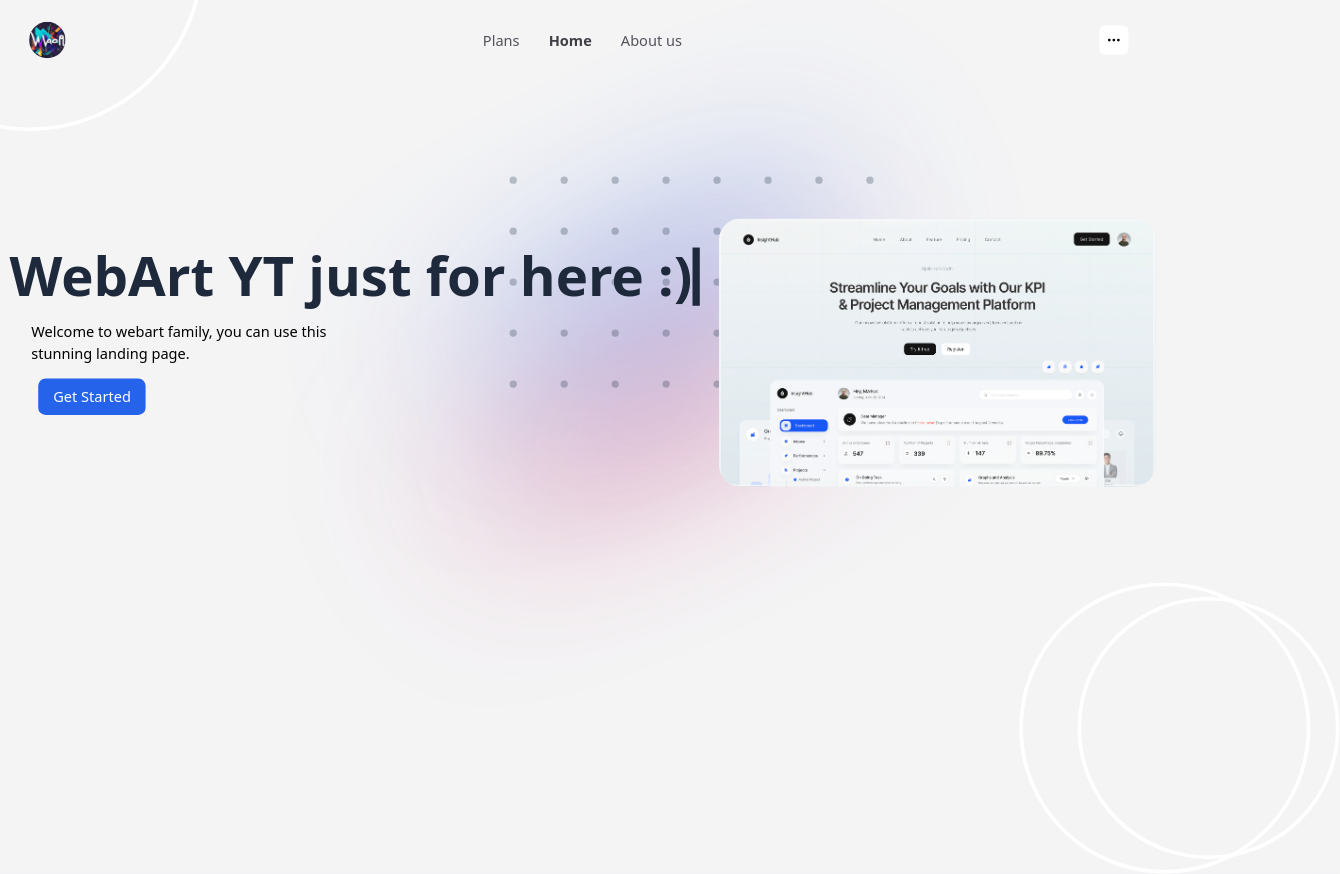
Repository: 30namp/youtube-web-art-code
Page: stunning landing page 1/index.html
These files come from the project's save history. The page is drawn as it stood at one moment and after the next save; the edit follows.
The browser window is 1280 px wide. The page is 1472 px wide, so the pictures cover 1472 px, including what lies to the right of the window. The pictures show the whole page, at 91% of full size.

Above is the page before, as saved 2024-09-26 21:34:53.

### stunning landing page 1/index.html
<!DOCTYPE html>
<html lang="en">
  <head>
    <meta charset="UTF-8" />
    <meta name="viewport" content="width=device-width, initial-scale=1.0" />
    <title>WebArt Design</title>
    <script src="./tailwindcss.min.js"></script>
  </head>
  <body class="h-screen bg-zinc-100 overflow-hidden">
    <div
      class="absolute right-[25%] top-[60%] h-12 w-[30rem] rounded-[100%] rotate-[-25deg] bg-pink-700 blur-[6rem]"
    ></div>
    <div
      class="absolute right-[25%] top-[40%] h-12 w-[30rem] rounded-[100%] rotate-[-25deg] bg-blue-700 blur-[6rem]"
    ></div>
    <div class="grid grid-cols-8 gap-12 absolute right-[25%] top-[27%]">
      <div class="rounded-full bg-slate-700/30 size-2 shadow-lg"></div>
      <div class="rounded-full bg-slate-700/30 size-2 shadow-lg"></div>
      <div class="rounded-full bg-slate-700/30 size-2 shadow-lg"></div>
      <div class="rounded-full bg-slate-700/30 size-2 shadow-lg"></div>
      <div class="rounded-full bg-slate-700/30 size-2 shadow-lg"></div>
      <div class="rounded-full bg-slate-700/30 size-2 shadow-lg"></div>
      <div class="rounded-full bg-slate-700/30 size-2 shadow-lg"></div>
      <div class="rounded-full bg-slate-700/30 size-2 shadow-lg"></div>
      <div class="rounded-full bg-slate-700/30 size-2 shadow-lg"></div>
      <div class="rounded-full bg-slate-700/30 size-2 shadow-lg"></div>
      <div class="rounded-full bg-slate-700/30 size-2 shadow-lg"></div>
      <div class="rounded-full bg-slate-700/30 size-2 shadow-lg"></div>
      <div class="rounded-full bg-slate-700/30 size-2 shadow-lg"></div>
      <div class="rounded-full bg-slate-700/30 size-2 shadow-lg"></div>
      <div class="rounded-full bg-slate-700/30 size-2 shadow-lg"></div>
      <div class="rounded-full bg-slate-700/30 size-2 shadow-lg"></div>
      <div class="rounded-full bg-slate-700/30 size-2 shadow-lg"></div>
      <div class="rounded-full bg-slate-700/30 size-2 shadow-lg"></div>
      <div class="rounded-full bg-slate-700/30 size-2 shadow-lg"></div>
      <div class="rounded-full bg-slate-700/30 size-2 shadow-lg"></div>
      <div class="rounded-full bg-slate-700/30 size-2 shadow-lg"></div>
      <div class="rounded-full bg-slate-700/30 size-2 shadow-lg"></div>
      <div class="rounded-full bg-slate-700/30 size-2 shadow-lg"></div>
      <div class="rounded-full bg-slate-700/30 size-2 shadow-lg"></div>
      <div class="rounded-full bg-slate-700/30 size-2 shadow-lg"></div>
      <div class="rounded-full bg-slate-700/30 size-2 shadow-lg"></div>
      <div class="rounded-full bg-slate-700/30 size-2 shadow-lg"></div>
      <div class="rounded-full bg-slate-700/30 size-2 shadow-lg"></div>
      <div class="rounded-full bg-slate-700/30 size-2 shadow-lg"></div>
      <div class="rounded-full bg-slate-700/30 size-2 shadow-lg"></div>
      <div class="rounded-full bg-slate-700/30 size-2 shadow-lg"></div>
      <div class="rounded-full bg-slate-700/30 size-2 shadow-lg"></div>
      <div class="rounded-full bg-slate-700/30 size-2 shadow-lg"></div>
      <div class="rounded-full bg-slate-700/30 size-2 shadow-lg"></div>
      <div class="rounded-full bg-slate-700/30 size-2 shadow-lg"></div>
      <div class="rounded-full bg-slate-700/30 size-2 shadow-lg"></div>
      <div class="rounded-full bg-slate-700/30 size-2 shadow-lg"></div>
      <div class="rounded-full bg-slate-700/30 size-2 shadow-lg"></div>
      <div class="rounded-full bg-slate-700/30 size-2 shadow-lg"></div>
      <div class="rounded-full bg-slate-700/30 size-2 shadow-lg"></div>
    </div>

    <div
      class="circle size-96 rounded-full border-4 border-white absolute -top-60 -left-40"
    ></div>
    <div
      class="circle size-80 rounded-full border-4 border-white absolute -bottom-60 -right-40"
    ></div>
    <div
      class="circle size-72 rounded-full border-4 border-white absolute -bottom-56 -right-48"
    ></div>

    <!-- navbar -->
    <nav
      class="z-10 absolute top-0 left-0 right-0 flex justify-center items-center py-8 px-8"
    >
      <a href="/" class="absolute left-0 px-8">
        <img class="size-10 rounded-full" src="./assets/img/logo.jpg" alt="" />
      </a>

      <div class="options flex items-center gap-8">
        <a class="text-zinc-600" href="#">Plans</a>
        <a class="text-zinc-700 font-semibold" href="#">Home</a>
        <a class="text-zinc-600" href="#">About us</a>
      </div>

      <button
        class="absolute p-2 bg-white rounded-md right-0 mx-10 hover:scale-105 active:scale-100 transition"
      >
        <svg
          xmlns="http://www.w3.org/2000/svg"
          width="16"
          height="16"
          fill="currentColor"
          class="bi bi-three-dots"
          viewBox="0 0 16 16"
        >
          <path
            d="M3 9.5a1.5 1.5 0 1 1 0-3 1.5 1.5 0 0 1 0 3m5 0a1.5 1.5 0 1 1 0-3 1.5 1.5 0 0 1 0 3m5 0a1.5 1.5 0 1 1 0-3 1.5 1.5 0 0 1 0 3"
          />
        </svg>
      </button>
    </nav>

    <!-- hero section -->
    <div class="hero-section relative pt-60 flex justify-around items-start">
      <div class="content flex flex-col items-start gap-4 pt-8">
        <div class="text-6xl font-bold text-slate-800 flex">
          <h1>WebArt YT just for here :)</h1>
          <div class="h-16 w-2 bg-slate-800"></div>
        </div>
        <p class="description w-96 ml-6">
          Welcome to webart family, you can use this stunning landing page.
        </p>
        <button
          class="ml-8 px-4 py-2 rounded-lg bg-blue-600 text-white hover:scale-105 active:scale-100 transition"
        >
          Get Started
        </button>
      </div>
      <img class="w-[30rem] rounded-3xl" src="./assets/img/img.png" alt="" />
    </div>
  </body>
</html>

Loaded but not shown: stunning landing page 1/tailwindcss.min.js (library)

After the next save:
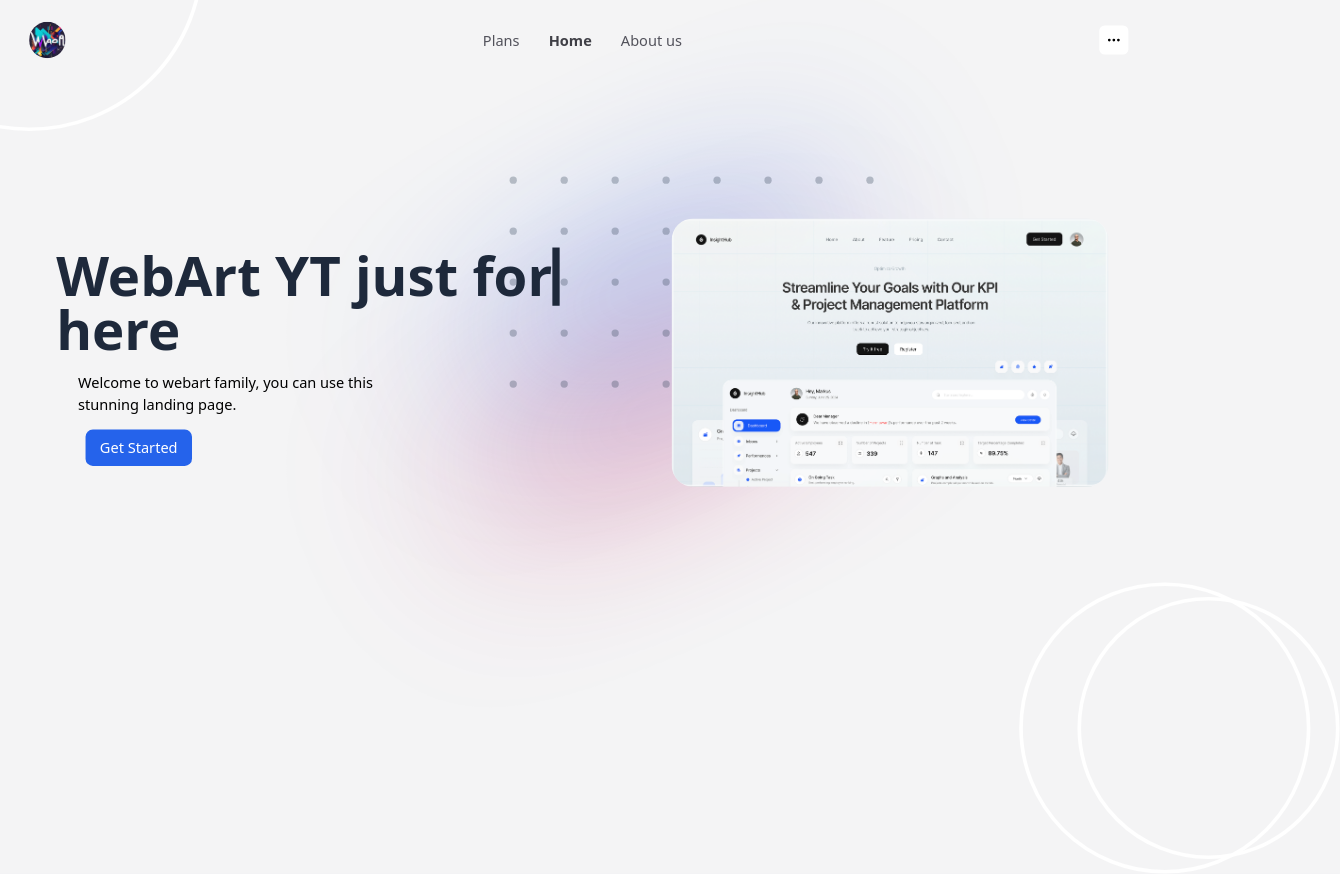
Saved 9 s later.
--- a/stunning landing page 1/index.html
+++ b/stunning landing page 1/index.html
@@ -102,7 +102,10 @@
     <div class="hero-section relative pt-60 flex justify-around items-start">
       <div class="content flex flex-col items-start gap-4 pt-8">
         <div class="text-6xl font-bold text-slate-800 flex">
-          <h1>WebArt YT just for here :)</h1>
+          <h1>
+            WebArt YT just for <br />
+            here
+          </h1>
           <div class="h-16 w-2 bg-slate-800"></div>
         </div>
         <p class="description w-96 ml-6">
